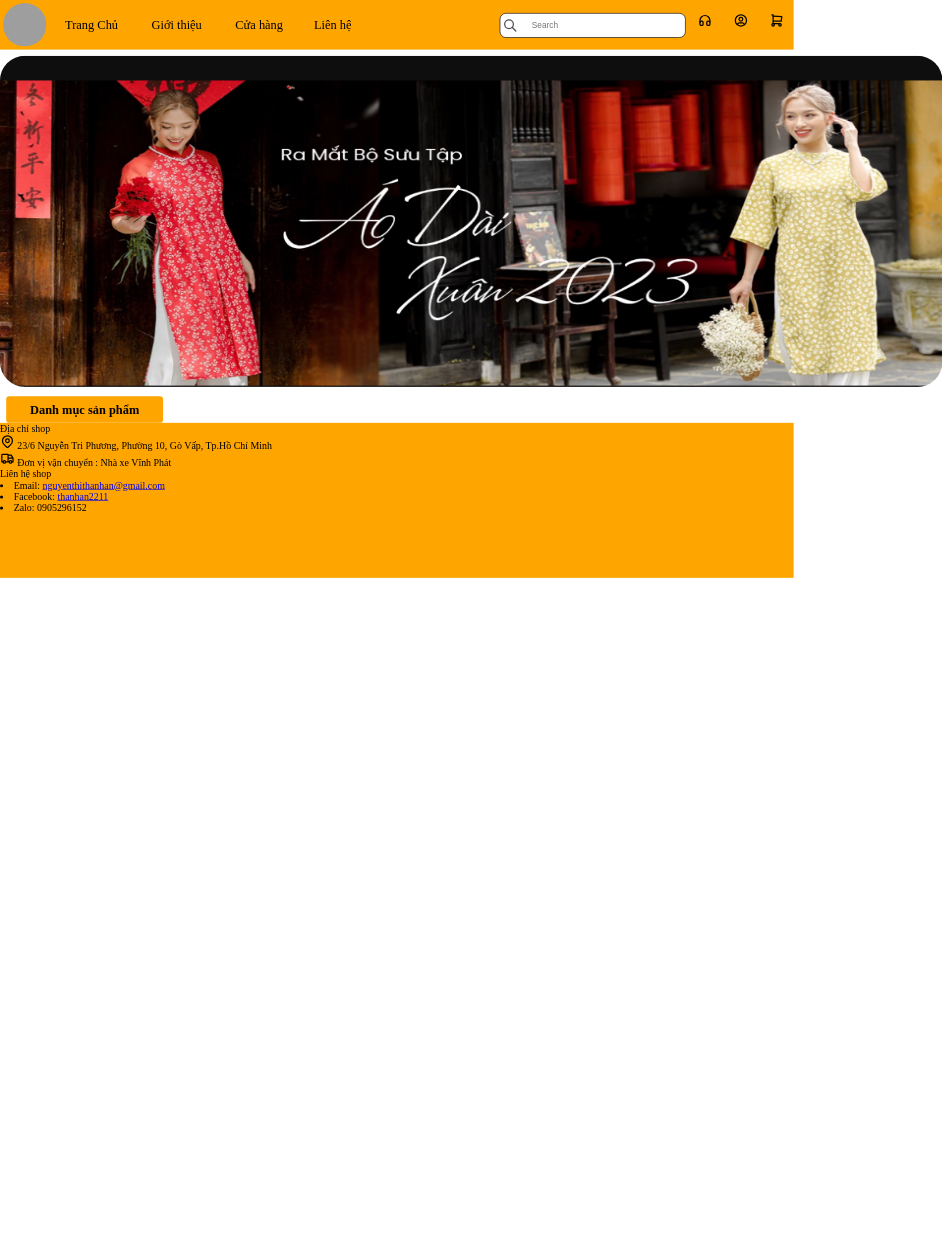
Repository: manhhieu120499/test-page
Page: index.html
An editor plug-in stored every save of this project. The page is shown before and after the next save, followed by the edit.
The browser window is 1280 px wide. The page is 1520 px wide, so the pictures cover 1520 px, including what lies to the right of the window. The pictures show the whole page, at 62% of full size.
Pictures or frames that could not be fetched are drawn as grey boxes.

Above is the page before, as saved 2023-01-12 00:22:59.

After the next save:
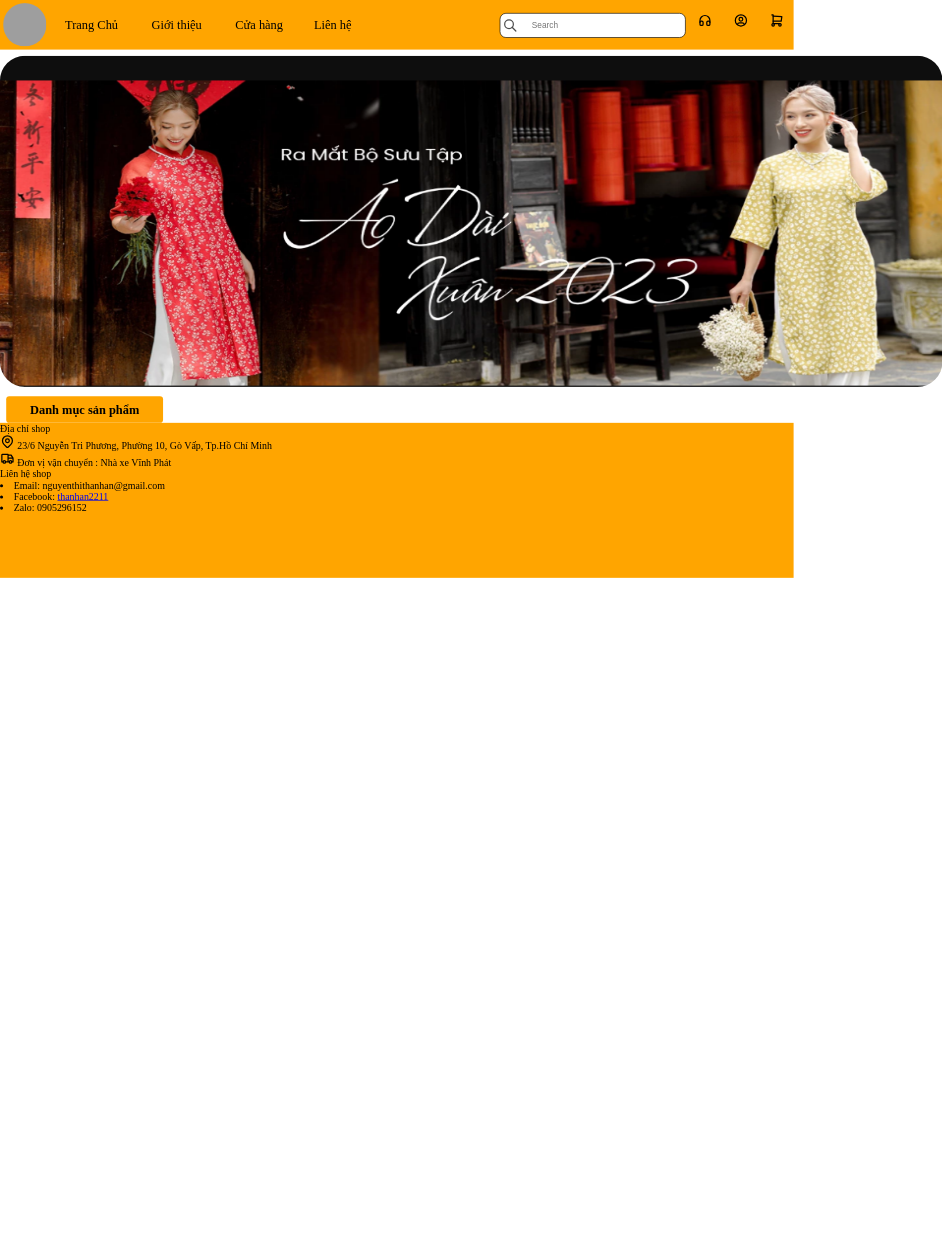
Saved 8 s later.
--- a/index.html
+++ b/index.html
@@ -135,7 +135,7 @@
 
          <div class="contact">
             <span>Liên hệ shop</span>
-            <li>Email: <a href="#">nguyenthithanhan@gmail.com</a></li>
+            <li>Email: nguyenthithanhan@gmail.com</a></li>
             <li>Facebook: <a href="#">thanhan2211</a></li>
             <li>Zalo: 0905296152</a></li>
          </div>
